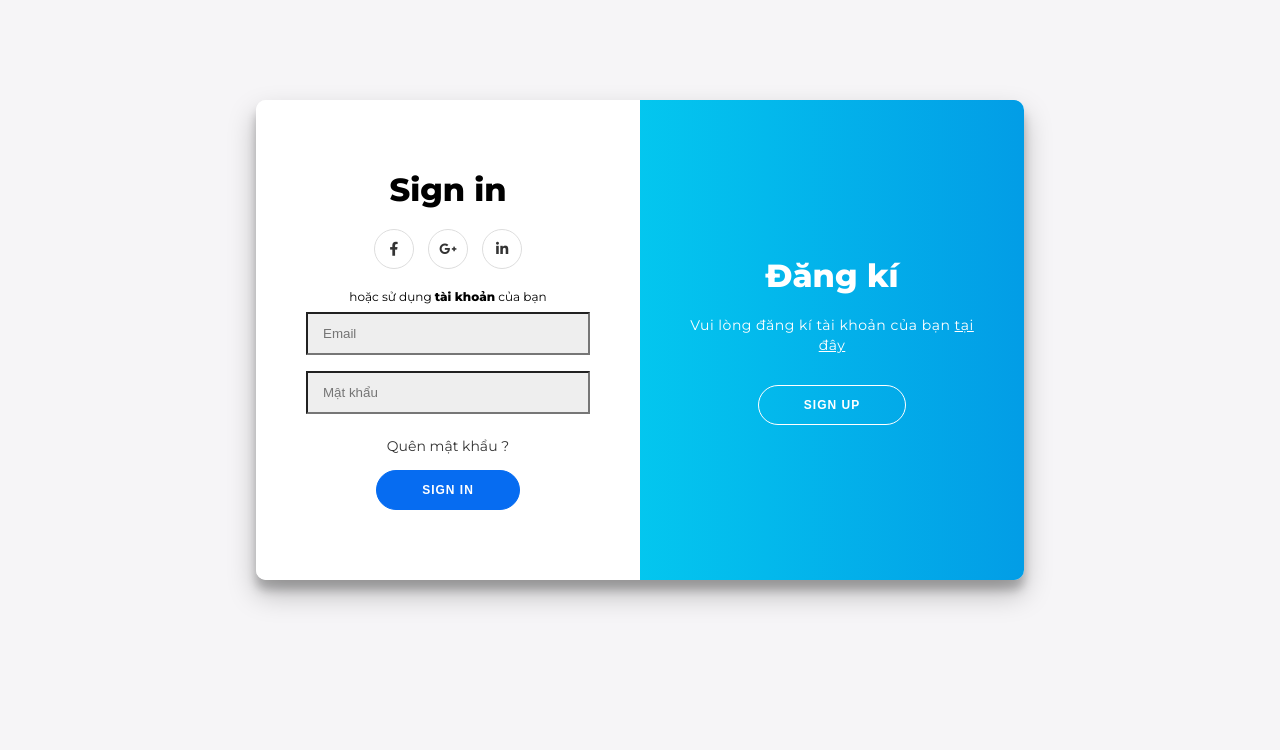
Repository: tranvanthinh/Login_register
Page: index.html
An editor plug-in stored every save of this project. The page is shown before and after the next save, followed by the edit.
The browser window is 1280 px wide. The pictures show the whole page.
Some web libraries are served in a nearby version.

Above is the page before, as saved 2021-12-31 10:55:27.
Console error: TypeError: Cannot read properties of null (reading 'addEventListener')

### index.html
<!DOCTYPE html>
<html lang="en">
<head>
    <meta charset="UTF-8">
    <meta http-equiv="X-UA-Compatible" content="IE=edge">
    <meta name="viewport" content="width=device-width, initial-scale=1.0">
    <title>Login and Register</title>
    <link rel="stylesheet" href="./css/style.css">
    <link rel="stylesheet" href="https://cdnjs.cloudflare.com/ajax/libs/font-awesome/5.14.0/css/all.min.css">
    <script src="./js/main.js"></script>
</head>
<body>
<div class="container" id="container">
  <div class="form-container sign-up-container">
    <form action="#">
      <h1>Create Account</h1>
      <div class="social-container">
        <a href="#" class="social"><i class="fab fa-facebook-f"></i></a>
        <a href="#" class="social"><i class="fab fa-google-plus-g"></i></a>
        <a href="#" class="social"><i class="fab fa-linkedin-in"></i></a>
      </div>
      <span>hoặc đăng nhập bằng <b>Email</b> của bạn</span>
      <input type="text" id="phone" placeholder="Số điện thoại" class="error" />
      <input type="email" id="email" placeholder="Email" class="error" />
      <input type="password" id="fullname" placeholder="Họ và tên" class="error" />
      <input type="password" id="password" placeholder="Mật khẩu" class="error" />
      <button class="btnup">Sign Up</button>
    </form>
  </div>
  <div class="form-container sign-in-container">
    <form action="#">
      <h1>Sign in</h1>
      <div class="social-container">
        <a href="#" class="social"><i class="fab fa-facebook-f"></i></a>
        <a href="#" class="social"><i class="fab fa-google-plus-g"></i></a>
        <a href="#" class="social"><i class="fab fa-linkedin-in"></i></a>
      </div>
      <span>hoặc sử dụng <b>tài khoản</b> của bạn</span>
      <input type="email" placeholder="Email" />
      <input type="password" placeholder="Mật khẩu" />
      <a href="#">Quên mật khẩu ?</a>
      <button>Sign In</button>
    </form>
  </div>
  <div class="overlay-container">
    <div class="overlay">
      <div class="overlay-panel overlay-left">
        <h1>Đăng nhập</h1>
        <p>Vui lòng đăng nhập bằng thông tin cá nhân của bạn</p>
        <button class="ghost" id="signIn">Sign In</button>
      </div>
      <div class="overlay-panel overlay-right">
        <h1>Đăng kí</h1>
        <p>Vui lòng đăng kí tài khoản của bạn <u>tại đây</u></p>
        <button class="ghost" id="signUp">Sign Up</button>
      </div>
    </div>
  </div>
</div>

<script>
    let signUpButton = document.getElementById('signUp');
    let signInButton = document.getElementById('signIn');
    let container = document.getElementById('container');

    signUpButton.addEventListener('click', function() {
      container.classList.add("right-panel-active");
  });

    signInButton.addEventListener('click', function() {
      container.classList.remove("right-panel-active");
  });
</script>
</body>
</html>

### css/style.css
@import url('https://fonts.googleapis.com/css?family=Montserrat:400,800');

* {
  margin: 0;
  padding: 0;
  box-sizing: border-box;
}

body {
  background: #f6f5f7;
  display: flex;
  justify-content: center;
  align-items: center;
  flex-direction: column;
  font-family: 'Montserrat', sans-serif;
  height: 100vh;
  margin: -20px 0 50px;
}

h1 {
  font-weight: bold;
  margin: 0;
}

h2 {
  text-align: center;
}

p {
  font-size: 14px;
  font-weight: 100;
  line-height: 20px;
  letter-spacing: 0.5px;
  margin: 20px 0 30px;
}

span {
  font-size: 12px;
}

a {
  color: #333;
  font-size: 14px;
  text-decoration: none;
  margin: 15px 0;
}

button {
  border-radius: 20px;
  border: 1px solid #066cf1;
  background-color: #066cf1;
  color: #FFFFFF;
  font-size: 12px;
  font-weight: bold;
  padding: 12px 45px;
  letter-spacing: 1px;
  text-transform: uppercase;
  transition: transform 80ms ease-in;
  cursor: pointer;
}

button:active {
  transform: scale(0.9);
}

button:focus {
  outline: none;
}

button.ghost {
  background-color: transparent;
  border-color: #FFFFFF;
}

form {
  background-color: #FFFFFF;
  display: flex;
  align-items: center;
  justify-content: center;
  flex-direction: column;
  padding: 0 50px;
  height: 100%;
  text-align: center;
}

input {
  background-color: #eee;
  /* border: 2px solid red; */
  padding: 12px 15px;
  margin: 8px 0;
  width: 100%;
  outline: none;
}

.container {
  background-color: #fff;
  border-radius: 10px;
  box-shadow: 0 14px 28px rgba(0,0,0,0.25),
      0 10px 10px rgba(0,0,0,0.22);
  position: relative;
  overflow: hidden;
  width: 768px;
  max-width: 100%;
  min-height: 480px;
}

.form-container {
  position: absolute;
  top: 0;
  height: 100%;
  transition: all 0.6s ease-in-out;
}

.sign-in-container {
  left: 0;
  width: 50%;
  z-index: 2;
}

.container.right-panel-active .sign-in-container {
  transform: translateX(100%);
}

.sign-up-container {
  left: 0;
  width: 50%;
  opacity: 0;
  z-index: 1;
}

.container.right-panel-active .sign-up-container {
  transform: translateX(100%);
  opacity: 1;
  z-index: 5;
  animation: show 0.6s;
}

@keyframes show {
  0%, 49.99% {
    opacity: 0;
    z-index: 1;
  }

  50%, 100% {
    opacity: 1;
    z-index: 5;
  }
}

.overlay-container {
  position: absolute;
  top: 0;
  left: 50%;
  width: 50%;
  height: 100%;
  overflow: hidden;
  transition: transform 0.6s ease-in-out;
  z-index: 100;
}

.container.right-panel-active .overlay-container{
  transform: translateX(-100%);
}

.overlay {
  background-color: #FF416C;
  background: -webkit-linear-gradient(to right, #05f0f8, #029de6);
  background: linear-gradient(to right, #05f0f8, #029de6);
  background-repeat: no-repeat;
  background-size: cover;
  background-position: 0 0;
  color: #FFFFFF;
  position: relative;
  left: -100%;
  height: 100%;
  width: 200%;
    transform: translateX(0);
  transition: transform 0.6s ease-in-out;
}

.container.right-panel-active .overlay {
    transform: translateX(50%);
}

.overlay-panel {
  position: absolute;
  display: flex;
  align-items: center;
  justify-content: center;
  flex-direction: column;
  padding: 0 40px;
  text-align: center;
  top: 0;
  height: 100%;
  width: 50%;
  transform: translateX(0);
  transition: transform 0.6s ease-in-out;
}

.overlay-left {
  transform: translateX(-20%);
}

.container.right-panel-active .overlay-left {
  transform: translateX(0);
}

.overlay-right {
  right: 0;
  transform: translateX(0);
}

.container.right-panel-active .overlay-right {
  transform: translateX(20%);
}

.social-container {
  margin: 20px 0;
}

.social-container a {
  border: 1px solid #DDDDDD;
  border-radius: 50%;
  display: inline-flex;
  justify-content: center;
  align-items: center;
  margin: 0 5px;
  height: 40px;
  width: 40px;
}

### js/main.js
let btnRegisterEl = document.querySelector('.btnup')

btnRegisterEl.addEventListener('click', function(){
    document.querySelector('.error').innerText = 'red'
})

After the next save:
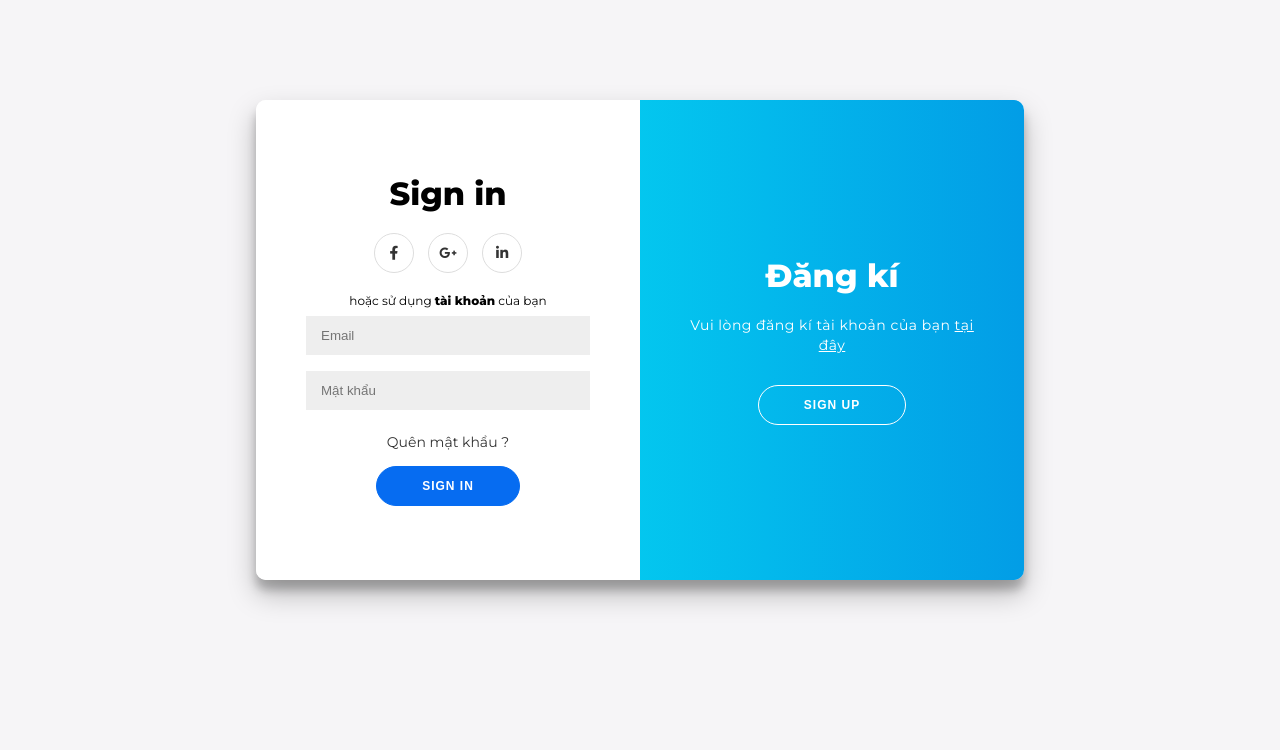
Saved 32 s later.
--- a/css/style.css
+++ b/css/style.css
@@ -85,7 +85,7 @@ form {
 
 input {
   background-color: #eee;
-  /* border: 2px solid red; */
+  border: none;
   padding: 12px 15px;
   margin: 8px 0;
   width: 100%;
